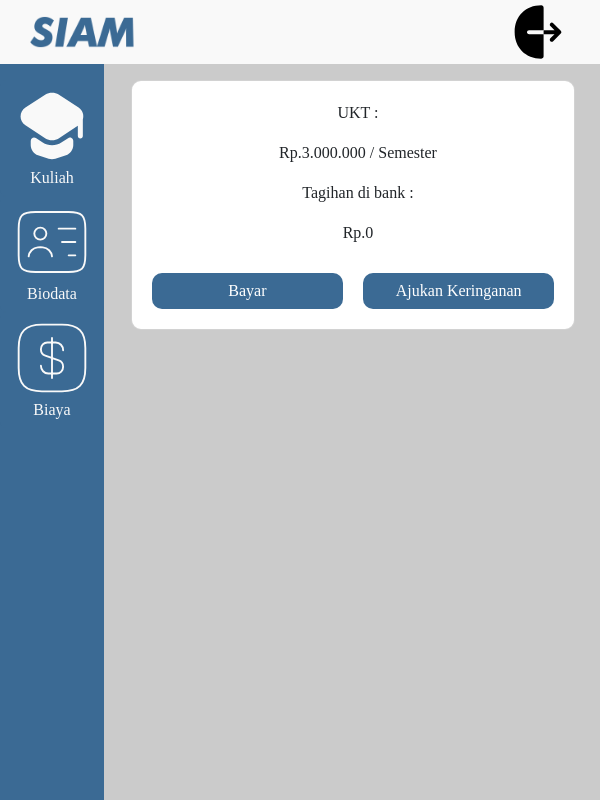
Repository: haikalirf/Project-IMK
Page: biaya.html
The author's editor kept a copy of each file at every save. The page is drawn from the files as they stood at one save, then again after the next save.
The browser window is 600 px wide. The pictures show the whole page.
Some web fonts or font styles are not loaded; a fallback is used.

Above is the page before, as saved 2022-12-16 18:54:16.
Not found: scripts/.js

### biaya.html
<!DOCTYPE html>
<html lang="en">
<head>
	<meta charset="UTF-8">
	<meta http-equiv="X-UA-Compatible" content="IE=edge">
	<meta name="viewport" content="width=device-width, initial-scale=1.0">
	<title>SIAM</title>
	<link rel="icon" href="/assets/logo_ub.ico">
	<link rel="stylesheet" href="https://cdn.jsdelivr.net/npm/bootstrap@5.2.3/dist/css/bootstrap.min.css" integrity="sha384-rbsA2VBKQhggwzxH7pPCaAqO46MgnOM80zW1RWuH61DGLwZJEdK2Kadq2F9CUG65" crossorigin="anonymous">
	<link rel="stylesheet" href="/styles/biaya.css">
</head>
<body>
	<nav class="navbar" id="navbar">
		<div class="navbar-left">
			<a class="navbar-brand" href="/kuliah.html">
				<img class="navbar-image" src="/assets/SIAM.png" alt="SIAM">
			</a>
		</div>
		<a class="navbar-link" href="landing.html">
			<img id="navbar-image" src="/assets/Logout.svg" alt="Logout">
		</a>
	</nav>
	<div class="mh-100" id="sidebar">
		<a class="btn" href="kuliah.html">
			<img id="sidebar-kuliah" src="/assets/Kuliah Logo.svg" alt="Kuliah">
			<label for="sidebar-kuliah">Kuliah</label>
		</a>
		<a class="btn" href="biodata.html">
			<img id="sidebar-biodata" src="/assets/Biodata Logo Kosong.svg" alt="Biodata">
			<label for="sidebar-biodata">Biodata</label>
		</a>
		<a class="btn" href="biaya.html">
			<img id="sidebar-biaya" src="/assets/Biaya Logo Kosong.svg" alt="Biaya">
			<label for="sidebar-biaya">Biaya</label>
		</a>
	</div>
	<main>
		<div class="card">
			<div class="card-top">
				<div class="text-group">
					<div>
						<p class="text">UKT :</p>
					</div>
					<p>Rp.3.000.000 / Semester</p>
				</div>
				<div class="text-group">
					<div>
						<p class="text">Tagihan di bank :</p>
					</div>
					<p>Rp.0</p>
				</div>
			</div>
			<div class="buttons">
				<button type="button" class="btn btn-primary button">Bayar</button>
				<button type="button" class="btn btn-primary button">Ajukan Keringanan</button>
			</div>
		</div>
	</main>
	<script src="https://cdn.jsdelivr.net/npm/bootstrap@5.2.3/dist/js/bootstrap.bundle.min.js" integrity="sha384-kenU1KFdBIe4zVF0s0G1M5b4hcpxyD9F7jL+jjXkk+Q2h455rYXK/7HAuoJl+0I4" crossorigin="anonymous"></script>
	<script src="/scripts/.js"></script>
</body>
</html>

### styles/biaya.css
/* CSS Reset */
/*
	Josh's Custom CSS Reset
	https://www.joshwcomeau.com/css/custom-css-reset/
*/
*, *::before, *::after {
	box-sizing: border-box;
}
  * {
	margin: 0;
}
html, body {
	height: 100%;
}
body {
	line-height: 1.5;
	-webkit-font-smoothing: antialiased;
}
img, picture, video, canvas, svg {
	display: block;
	max-width: 100%;
}
input, button, textarea, select {
	font: inherit;
}
p, h1, h2, h3, h4, h5, h6 {
	overflow-wrap: break-word;
}
#root, #__next {
	isolation: isolate;
}
/* CSS Reset ends */

body {
	background-color: #cbcbcb;
	font-family: 'readex';
	font-size: 16px;
}

@font-face {
	font-family: 'readex';
	src:url('/assets/fonts/ReadexPro-Medium.ttf');
}

#navbar {
	display: flex;
	justify-content: space-between;
	position: fixed;
	background-color: #f9f9f9;
	z-index: 1;
	width: 100%;
	padding: 0px 30px;
}

.navbar-left {
	display: flex;
	align-items: center;
}

.navbar-image {
	height: 50px;
}

.navbar-extra {
	padding-bottom: 5px;
	margin-left: 15px;
}

main {
	padding-top: 80px;
	padding-left: 106px;
	display: flex;
	flex-direction: column;
	justify-content: start;
	align-items: center;
	height: 100vh;
	gap: 20px;
}

#sidebar {
	background-color: #3b6a94;
	display: flex;
	flex-direction: column;
	flex: 1;
	position: fixed;
	height: 100vh;
	padding-top: 80px;
}

#sidebar a:hover {
	background-color: #266093;
}

#sidebar img {
	width: 80px;
	height: 80px;
}

a img, a label {
	color: #f9f9f9;
}

.btn {
	background-color: #3b6a94;
	border: none;
}

.btn:hover {
	background-color: #266093;
}

.list-group-flush {
	padding-left: 0px;
}

.card {
	padding: 20px;
	width: 500px;
	height: 250px;
	justify-content: space-between;
	border-radius: 10px;
}

.card-top {
	display: flex;
	flex-direction: column;
}

.text-group {
	display: flex;
}

.text-group div {
	width: 200px;
	display: flex;
	justify-content: end;
}

.text-group p {
	margin-left: 10px;
}

.buttons {
	display: flex;
	justify-content: center;
	gap: 20px;
}

.button {
	width: 200px;
	border-radius: 10px;
}

@media (max-width: 660px) {
	.card {
		width: 90%;
	}

	.text-group {
		flex-direction: column;
		align-items: center;
		justify-content: center;
	}

	.text-group div {
		width: fit-content;
	}
}

After the next save:
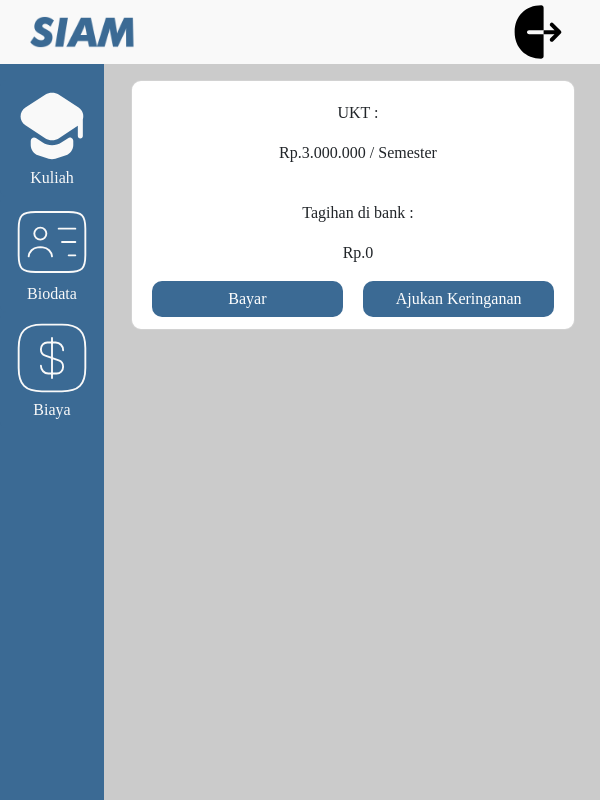
Saved 38 s later.
--- a/styles/biaya.css
+++ b/styles/biaya.css
@@ -156,6 +156,10 @@ a img, a label {
 		width: 90%;
 	}
 
+	.card-top {
+		gap: 20px;
+	}
+
 	.text-group {
 		flex-direction: column;
 		align-items: center;
